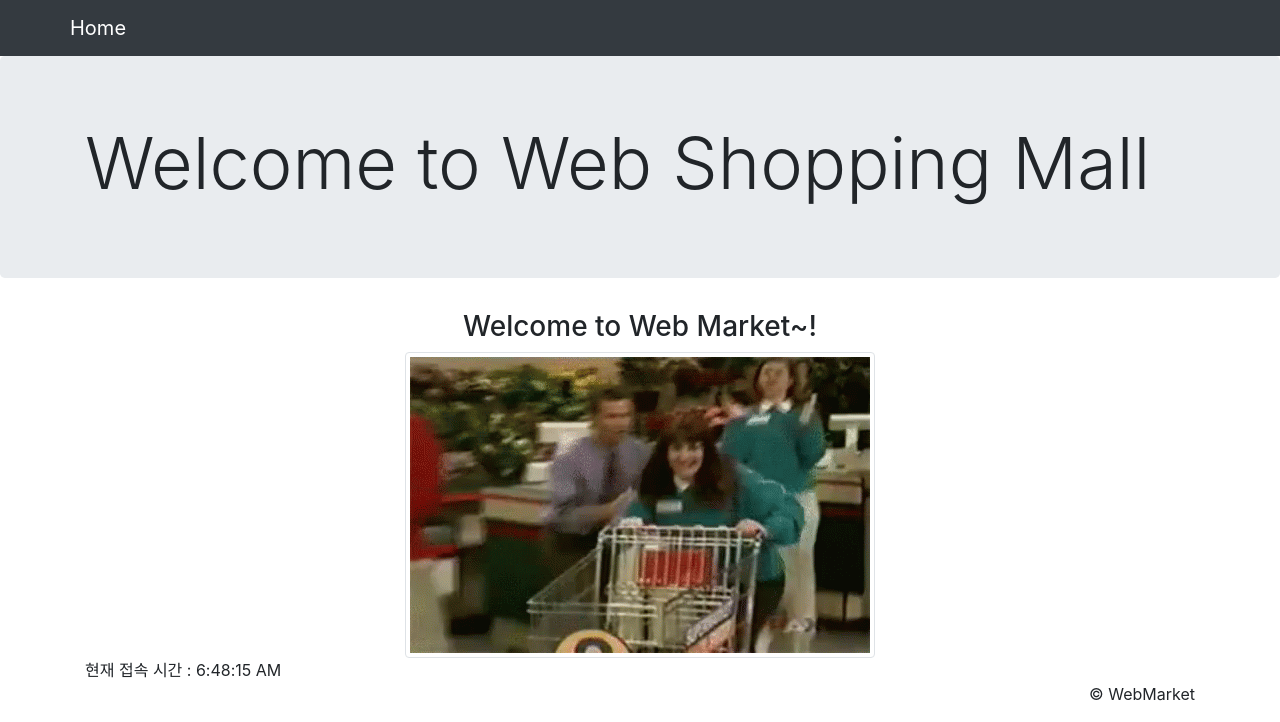
Repository: mi-ci/ai
Page: http://localhost/WebMarket/welcome.jsp
The author's editor kept a copy of each file at every save. The page is drawn from the files as they stood at one save, then again after the next save.
The browser window is 1280 px wide. The pictures show the whole page.
The page is served by Tomcat 9. Other server files are loaded and not shown.

Above is the page before, as saved 2024-01-17 05:22:13.

### WebMarket/src/main/webapp/welcome.jsp
<%@ page language="java" contentType="text/html; charset=UTF-8"
    pageEncoding="UTF-8"%>
<%@ page import = "java.util.Date" %>
<!DOCTYPE html>
<html>
<head>
<meta charset="UTF-8">
<title>쇼핑몰</title>
<link rel="stylesheet" href="https://cdn.jsdelivr.net/npm/bootstrap@4.0.0/dist/css/bootstrap.min.css" integrity="sha384-Gn5384xqQ1aoWXA+058RXPxPg6fy4IWvTNh0E263XmFcJlSAwiGgFAW/dAiS6JXm" crossorigin="anonymous">
</head>
<body>
	<%@ include file="menu.jsp" %>
	<%! String greeting = "Welcome to Web Shopping Mall";
		String tagline = "Welcome to Web Market~!";
	%>
	<div class = "jumbotron">
		<div class = "container">
			<h1 class="display-3"><%= greeting %></h1>
		</div>
	</div>

	<main role = "main">
		<div class = "container">
			<div class = "text-center">
				<h3><%= tagline %></h3>
				<img src="images/christmas-shopping-run.gif" alt="redsnail" class="img-thumbnail">
			</div>
			<%
				Date day = new Date();
				String am_pm;
				int year = day.getYear();
				int month = day.getMonth();
				int day2 = day.getDay();
				int hour = day.getHours();
				int minute = day.getMinutes();
				int second = day.getSeconds();
				if (hour/12==0) {
					am_pm = "AM";
				}
				else {
					am_pm = "PM";
					hour = hour - 12;
				}
				String ct = hour + ":" + minute + ":" + second + " " + am_pm;
				out.println("현재 접속 시간 : " + ct);

			%>
		</div>

	</main>


	<%@ include file="footer.jsp" %>




















</body>
</html>

### WebMarket/src/main/webapp/menu.jsp
<%@ page language="java" contentType="text/html; charset=UTF-8"
    pageEncoding="UTF-8"%>
<!DOCTYPE html>
<html>
<head>
<meta charset="UTF-8">
<title>Insert title here</title>
<link rel="stylesheet" href="https://cdn.jsdelivr.net/npm/bootstrap@4.0.0/dist/css/bootstrap.min.css" integrity="sha384-Gn5384xqQ1aoWXA+058RXPxPg6fy4IWvTNh0E263XmFcJlSAwiGgFAW/dAiS6JXm" crossorigin="anonymous">
</head>
<body>
	<nav class ="navbar navbar-expand navbar-dark bg-dark">
	 	<div class= "container">
	 		<div class = "navbar-header">
	 			<a class = "navbar-brand" href="welcome.jsp">Home</a>
	 		</div>
		</div>
	</nav>

</body>
</html>

### WebMarket/src/main/webapp/footer.jsp
<%@ page language="java" contentType="text/html; charset=UTF-8"
    pageEncoding="UTF-8"%>
<!DOCTYPE html>
<html>
<head>
<meta charset="UTF-8">
<title>Insert title here</title>
<link rel="stylesheet" href="https://cdn.jsdelivr.net/npm/bootstrap@4.0.0/dist/css/bootstrap.min.css" integrity="sha384-Gn5384xqQ1aoWXA+058RXPxPg6fy4IWvTNh0E263XmFcJlSAwiGgFAW/dAiS6JXm" crossorigin="anonymous">
</head>
<body>
	<footer class = "container text-right">
		<p>&copy; WebMarket </p>
	</footer>
</body>
</html>

After the next save:
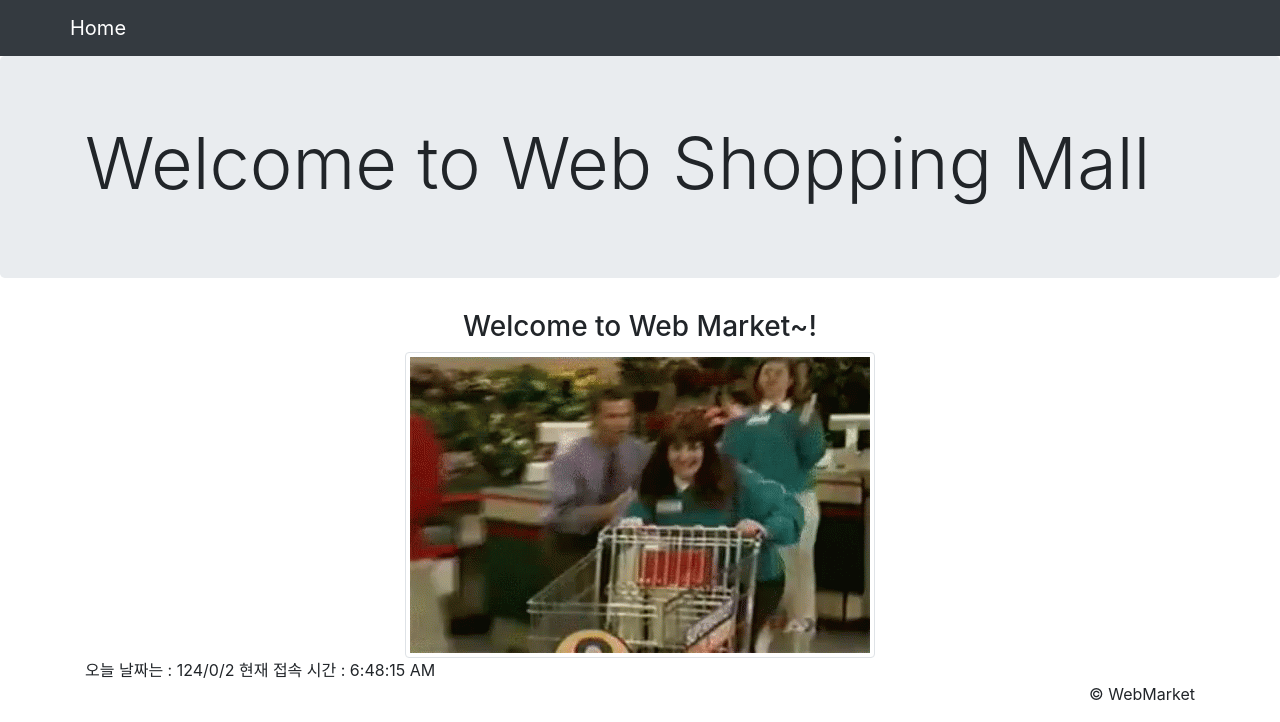
Saved 49 s later.
--- a/WebMarket/src/main/webapp/welcome.jsp
+++ b/WebMarket/src/main/webapp/welcome.jsp
@@ -41,7 +41,9 @@
 					am_pm = "PM";
 					hour = hour - 12;
 				}
+				String cd = year + "/" + month + "/" + day2;
 				String ct = hour + ":" + minute + ":" + second + " " + am_pm;
+				out.println("오늘 날짜는 : " + cd);
 				out.println("현재 접속 시간 : " + ct);
 
 			%>
